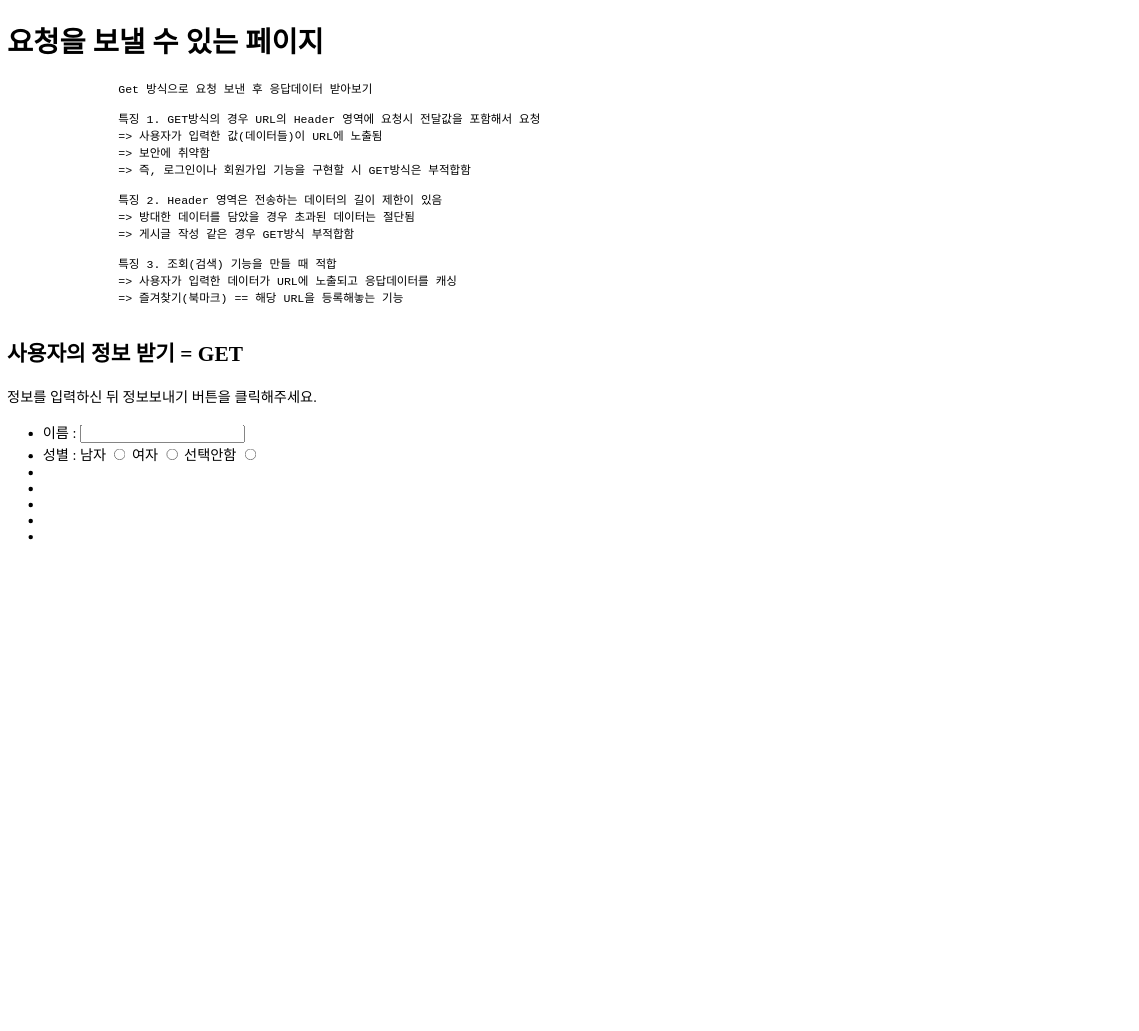
Repository: ghksl0204-shapa/dynamic-web
Page: MyFirstWebProject/src/main/webapp/views/post.html
The author's editor kept a copy of each file at every save. The page is drawn from the files as they stood at one save, then again after the next save.
The browser window is 1280 px wide. The pictures show the whole page, at 89% of full size.

Above is the page before, as saved 2026-05-04 05:08:35.

After the next save:
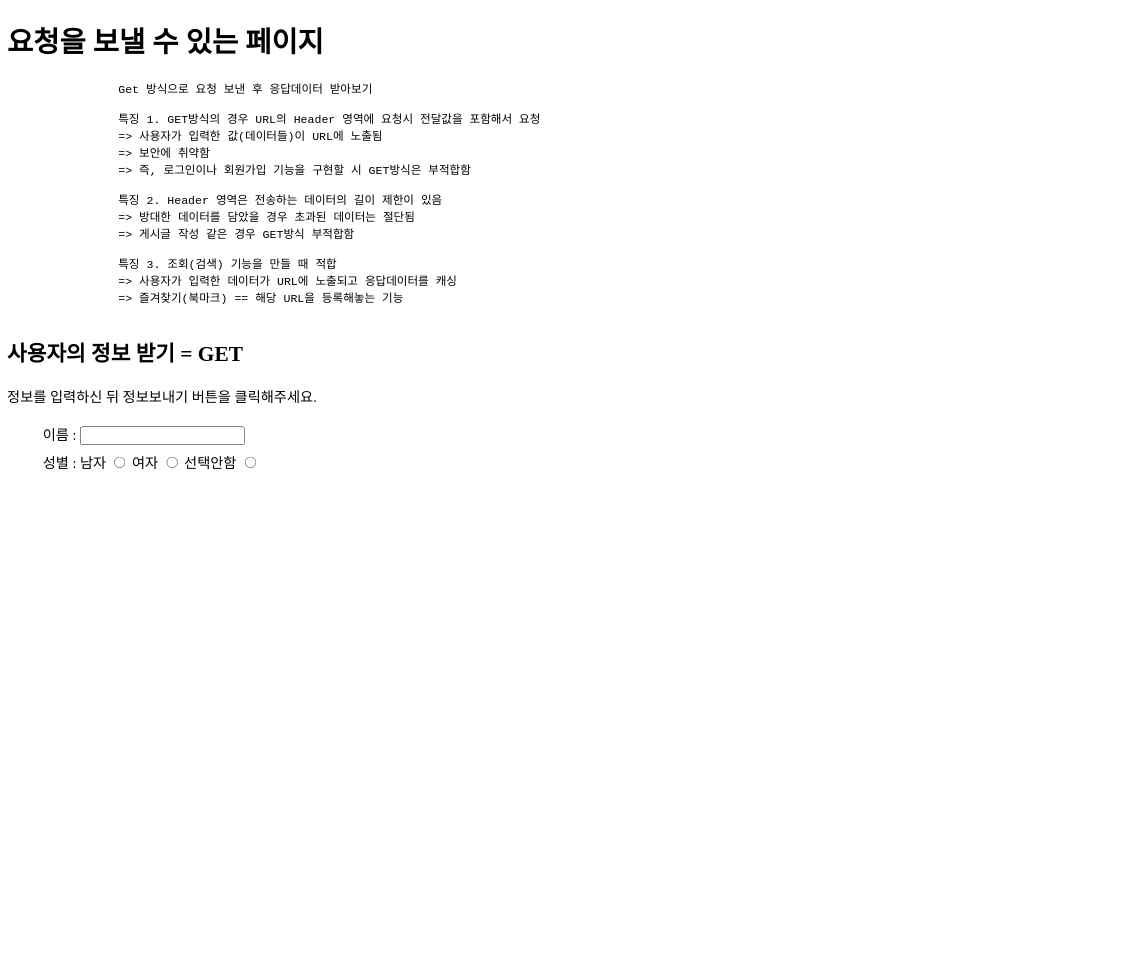
Saved 72 s later.
--- a/MyFirstWebProject/src/main/webapp/views/post.html
+++ b/MyFirstWebProject/src/main/webapp/views/post.html
@@ -3,6 +3,12 @@
 <head>
 <meta charset="UTF-8">
 <title>request page</title>
+<style>
+	ul{
+		list-style : none;
+		line-height : 200%;
+	}
+</style>
 </head>
 <body>
 	<h1>요청을 보낼 수 있는 페이지</h1>
